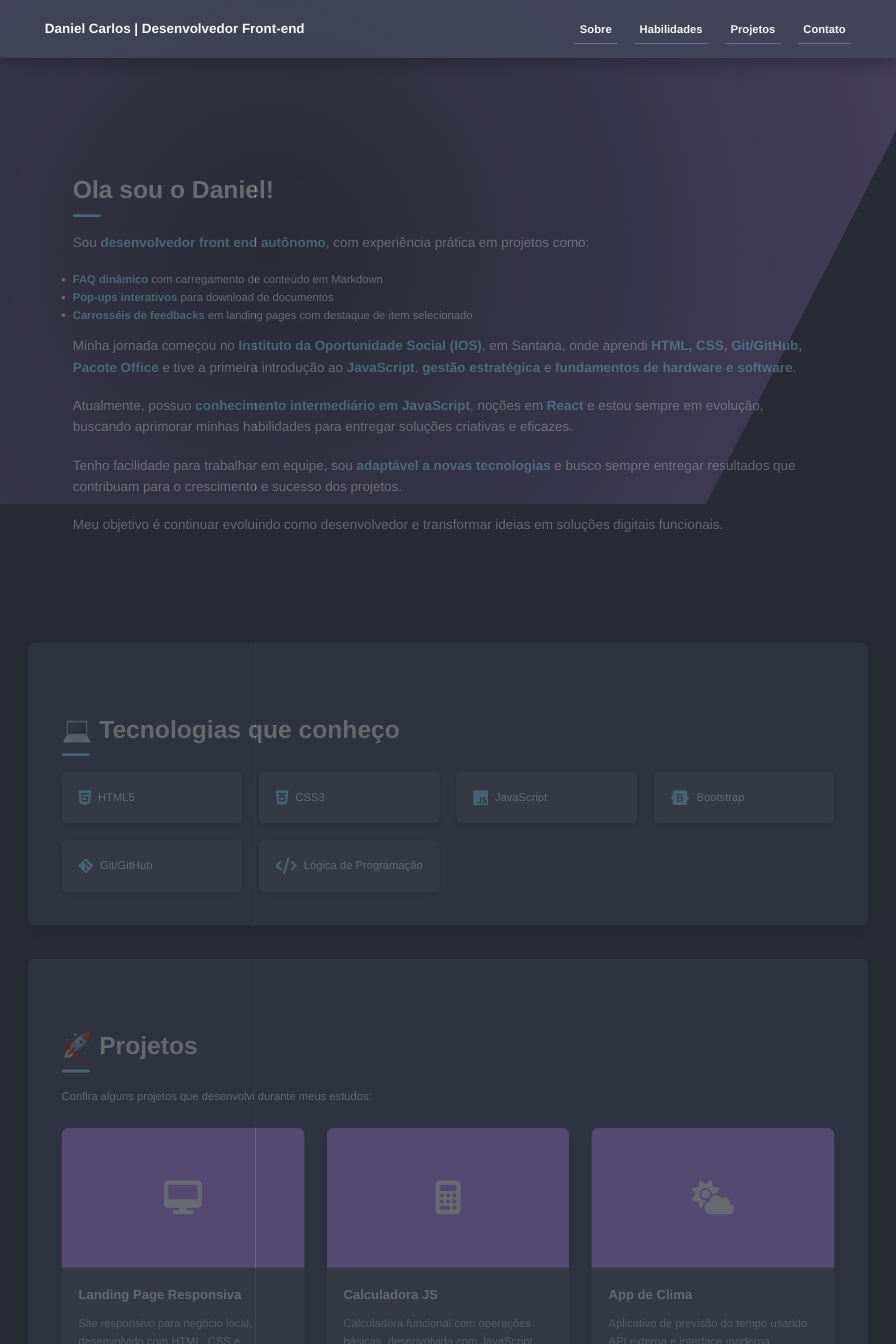
Repository: dan2135/Meu-portif-lio
Page: index.html
These files come from the project's save history. The page is drawn as it stood at one moment and after a run of saves; the edit follows.
The browser window is 1280 px wide. The pictures show the part of the page from y = 0 to 1920 px (the page is 2666 px tall), at 70% of full size.
After loading, the first visible `#sjb` was clicked once.

Above is the page before, as saved 2025-09-09 21:53:58.
Console error: ReferenceError: entry is not defined

### index.html
<!DOCTYPE html>
<html lang="pt-br">

<head>
    <meta charset="UTF-8">
    <meta name="viewport" content="width=device-width, initial-scale=1.0">
    <title>Daniel Carlos | Desenvolvedor Front-end</title>
    <link rel="stylesheet" href="https://cdnjs.cloudflare.com/ajax/libs/font-awesome/6.4.0/css/all.min.css">
    <link rel="stylesheet" href="style.css">
</head>

<body>
    <div class="bg-animation"></div>

    <div id="ola">
        <p>Olá! Bem-vindo ao meu portfólio!</p>
        <button id="sjb" onclick="mostrarConteudo()">Conheça meu trabalho</button>
    </div>

    <div id="conteudo">
        <header>
            <div class="nome">
                <p>Daniel Carlos | Desenvolvedor Front-end</p>
            </div>
            <nav>
                <a href="#sobre">Sobre</a>
                <a href="#skills">Habilidades</a>
                <a href="#projetos">Projetos</a>
                <a href="#contato">Contato</a>
            </nav>
        </header>

        <main>
            <section id="sobre">
             <h2>Ola sou o Daniel!</h2>
  <p>
    Sou <strong>desenvolvedor front end autônomo</strong>, com experiência prática em projetos como:
  </p>
  <ul>
    <li><strong>FAQ dinâmico</strong> com carregamento de conteúdo em Markdown</li>
    <li><strong>Pop-ups interativos</strong> para download de documentos</li>
    <li><strong>Carrosséis de feedbacks</strong> em landing pages com destaque de item selecionado</li>
  </ul>

  <p>
    Minha jornada começou no <strong>Instituto da Oportunidade Social (IOS)</strong>, em Santana, onde aprendi
    <strong>HTML, CSS, Git/GitHub, Pacote Office</strong> e tive a primeira introdução ao <strong>JavaScript</strong>.
     <strong>gestão estratégica</strong> e
    <strong>fundamentos de hardware e software</strong>.
  </p>

  <p>
    Atualmente, possuo <strong>conhecimento intermediário em JavaScript</strong>, noções em <strong>React</strong> e estou
    sempre em evolução, buscando aprimorar minhas habilidades para entregar soluções criativas e eficazes.
  </p>

  <p>
    Tenho facilidade para trabalhar em equipe, sou <strong>adaptável a novas tecnologias</strong> e busco sempre entregar
    resultados que contribuam para o crescimento e sucesso dos projetos.
  </p>

  <p> Meu objetivo é continuar evoluindo como desenvolvedor e transformar ideias em soluções digitais funcionais.</p>
            </section>

            <section id="skills">
                <h2>💻 Tecnologias que conheço</h2>
                <ul>
                    <li><i class="fab fa-html5"></i> HTML5</li>
                    <li><i class="fab fa-css3-alt"></i> CSS3</li>
                    <li><i class="fab fa-js"></i> JavaScript</li>
                    <li><i class="fab fa-bootstrap"></i> Bootstrap</li>
                    <li><i class="fab fa-git-alt"></i> Git/GitHub</li>
                    <li><i class="fas fa-code"></i> Lógica de Programação</li>
                </ul>
            </section>

            <section id="projetos">
                <h2>🚀 Projetos</h2>
                <p>Confira alguns projetos que desenvolvi durante meus estudos:</p>
                <div class="projetos-grid">
                    <div class="projeto-card">
                        <div class="projeto-img">
                            <i class="fas fa-desktop"></i>
                        </div>
                        <div class="projeto-info">
                            <h3>Landing Page Responsiva</h3>
                            <p>Site responsivo para negócio local, desenvolvido com HTML, CSS e JavaScript.</p>
                            <a href="#" class="projeto-link">Ver Projeto</a>
                        </div>
                    </div>

                    <div class="projeto-card">
                        <div class="projeto-img">
                            <i class="fas fa-calculator"></i>
                        </div>
                        <div class="projeto-info">
                            <h3>Calculadora JS</h3>
                            <p>Calculadora funcional com operações básicas, desenvolvida com JavaScript.</p>
                            <a href="#" class="projeto-link">Ver Projeto</a>
                        </div>
                    </div>

                    <div class="projeto-card">
                        <div class="projeto-img">
                            <i class="fas fa-cloud-sun"></i>
                        </div>
                        <div class="projeto-info">
                            <h3>App de Clima</h3>
                            <p>Aplicativo de previsão do tempo usando API externa e interface moderna.</p>
                            <a href="#" class="projeto-link">Ver Projeto</a>
                        </div>
                    </div>
                </div>
            </section>

            <section id="contato">
                <h2>📫 Contato</h2>
                <p>Entre em contato comigo por:</p>
                <ul class="contato-links">
                    <li>
                        <i class="fas fa-envelope"></i>
                        <span>Email: daniel@exemplo.com</span>
                    </li>
                    <li>
                        <i class="fab fa-linkedin"></i>
                        <a href="https://www.linkedin.com/in/seulinkedin" target="_blank">LinkedIn</a>
                    </li>
                    <li>
                        <i class="fab fa-github"></i>
                        <a href="https://github.com/seuusuario" target="_blank">GitHub</a>
                    </li>
                    <li>
                        <i class="fab fa-whatsapp"></i>
                        <span>(11) 99999-9999</span>
                    </li>
                </ul>
            </section>
        </main>

        <footer>
            <p>&copy; 2023 Daniel Carlos. Todos os direitos reservados.</p>
        </footer>
    </div>

    <script src="script.js">
    </script>
</body>
</html>

### style.css
/* Seu CSS com algumas adaptações */
        * {
            margin: 0;
            padding: 0;
            box-sizing: border-box;
        }

        :root {
            --bg: #282A36;
            --text: #F8F8F2;
            --fundo: #BD93F9;
            --card-bg: #44475A;
            --button-bg: #50FA7B;
            --button-hover: #8BE9FD;
            --highlight: #FF79C6;
            --sombra: 0 4px 20px rgba(0, 0, 0, 0.3);
            --transit: 0.6s ease;
        }

        body {
            background-color: var(--bg);
            font-family: 'Helvetica Neue', Arial, sans-serif;
            color: var(--text);
            line-height: 1.6;
        }

        .bg-animation {
            position: fixed;
            top: 0;
            left: 0;
            width: 100%;
            height: 100%;
            z-index: -1;
            background: var(--bg);
            overflow: hidden;
        }

        .bg-animation::before {
            content: '';
            position: absolute;
            top: -50%;
            left: -70%;
            width: 200%;
            height: 200%;
            background: radial-gradient(
                circle at center,
                transparent 0%,
                var(--fundo) 70%,
                transparent 100%
            );
            opacity: 0.2;
            animation: rotate 20s linear infinite;
        }

        @keyframes rotate {
            0% { transform: rotate(0deg); }
            100% { transform: rotate(360deg); }
        }

        /* Tela de boas-vindas */
        #ola {
            position: fixed;
            top: 0;
            left: 0;
            width: 100%;
            height: 100vh;
            display: flex;
            flex-direction: column;
            justify-content: center;
            align-items: center;
            background: rgba(40, 42, 54, 0.95);
            z-index: 1000;
            transition: opacity 0.8s ease, visibility 0.8s;
        }

        #ola.hidden {
            opacity: 0;
            visibility: hidden;
        }

        #ola p {
            color: var(--text);
            font-size: 2.5rem;
            font-weight: bold;
            margin-bottom: 2rem;
            text-align: center;
            animation: fadeIn 1.5s ease;
        }

        #sjb {
            color: var(--text);
            font-size: 1.1rem;
            font-weight: bold;
            border: none;
            border-radius: 30px;
            padding: 15px 30px;
            margin-top: 20px;
            cursor: pointer;
            transition: all 0.7s ease;
            background-color: var(--button-bg);
            display: inline-block;
        }

        #sjb:hover {
            background-color: var(--button-hover);
            transform: translateY(-4px);
        }

        /* Conteúdo principal */
        #conteudo {
            opacity: 0;
            transform: translateY(20px);
            transition: opacity 0.8s ease, transform 0.8s ease;
            display: block;
        }

        #conteudo.visible {
            opacity: 1;
            transform: translateY(0);
        }

        /* Header */
        header {
            background-color: rgba(68, 71, 90, 0.8);
            width: 100%;
            padding: 1.3rem 5%;
            display: flex;
            justify-content: space-between;
            align-items: center;
            box-shadow: var(--sombra);
            position: sticky;
            top: 0;
            z-index: 100;
        }

        .nome {
            color: var(--text);
            font-size: 1.2rem;
            font-weight: bold;
        }

        nav {
            display: flex;
            align-items: center;
            gap: 1.5rem;
        }

        nav a {
            color: var(--text);
            text-decoration: none;
            font-weight: bold;
            padding: 0.5rem;
            transition: color 0.3s;
            position: relative;
            overflow: hidden;
        }

        nav a:hover {
            color: var(--button-hover);
        }

        nav a::after {
            content: '';
            position: absolute;
            left: 0;
            bottom: 0;
            width: 100%;
            height: 2px;
            background-color: var(--button-hover);
            transform: translateY(100%);
            transition: transform 0.3s ease;
        }

        nav a:hover::after {
            transform: translateY(0);
        }

        /* Seções */
        section {
            padding: 5rem 5%;
            max-width: 1200px;
            margin: 0 auto;
            transition: opacity 0.8s easee ;
            opacity: 0.3;
        }
          section.active {
    opacity: 1;
  }

        h1, h2 {
            color: var(--text);
            margin-bottom: 2rem;
            position: relative;
        }

        h1 {
            color: var(--highlight);
            font-size: 3.5rem;
            font-weight: 200;
            text-transform: uppercase;
            letter-spacing: -0.05em;
            padding-top: 1rem;
        }

        h1:after, h2:after {
            content: '';
            position: absolute;
            left: 0;
            bottom: -10px;
            width: 60px;
            height: 4px;
            background-color: var(--button-hover);
            border-radius: 2px;
        }

        h2:after {
            width: 40px;
        }

        h2 {
            font-size: 2.2rem;
            margin-top: 3rem;
        }

        #sobre {
            display: block;
            width: 100%;
            margin-top: 2rem;
        }

        #sobre h1 {
            display: block;
            font-size: 3.5rem;
            margin-bottom: 2rem;
        }

        #sobre p {
            text-align: left;
            color: var(--text);
            font-size: 1.2rem;
            line-height: 1.6;
            margin-bottom: 1.5rem;
            margin-left: 0;
            margin-top: 1rem;
        }

        strong {
            color: var(--button-hover);
        }

        /* Skills */
        #skills {
            background-color: var(--card-bg);
            border-radius: 10px;
            margin: 3rem auto;
            padding: 3rem;
            box-shadow: var(--sombra);
        }

        #skills ul {
            display: grid;
            grid-template-columns: repeat(auto-fill, minmax(250px, 1fr));
            gap: 1.5rem;
            list-style: none;
        }

        #skills li {
            background: rgba(255, 255, 255, 0.1);
            padding: 1.5rem;
            border-radius: 8px;
            box-shadow: 0 3px 10px rgba(0, 0, 0, 0.2);
            transition: var(--transit);
            display: flex;
            align-items: center;
            gap: 10px;
        }

        #skills li:hover {
            transform: translateY(-5px);
            box-shadow: 0 8px 15px rgba(0, 0, 0, 0.3);
        }

        #skills li i {
            color: var(--button-hover);
            font-size: 1.5rem;
        }

        /* Projetos */
        #projetos {
            background-color: var(--card-bg);
            border-radius: 10px;
            margin: 3rem auto;
            padding: 3rem;
            box-shadow: var(--sombra);
        }

        .projetos-grid {
            display: grid;
            grid-template-columns: repeat(auto-fill, minmax(300px, 1fr));
            gap: 2rem;
            margin-top: 2rem;
        }

        .projeto-card {
            background: rgba(255, 255, 255, 0.1);
            border-radius: 10px;
            overflow: hidden;
            transition: var(--transit);
            box-shadow: 0 5px 15px rgba(0, 0, 0, 0.2);
        }

        .projeto-card:hover {
            transform: translateY(-10px);
            box-shadow: 0 15px 25px rgba(0, 0, 0, 0.3);
        }

        .projeto-img {
            height: 200px;
            background-color: var(--fundo);
            display: flex;
            align-items: center;
            justify-content: center;
            color: white;
            font-size: 3rem;
        }

        .projeto-info {
            padding: 1.5rem;
        }

        .projeto-info h3 {
            margin-bottom: 0.8rem;
            color: var(--text);
        }

        .projeto-info p {
            margin-bottom: 1.2rem;
            color: #ccc;
        }

        .projeto-link {
            display: inline-block;
            padding: 0.6rem 1.2rem;
            background-color: var(--button-bg);
            color: var(--bg);
            text-decoration: none;
            border-radius: 5px;
            transition: var(--transit);
            font-weight: 500;
        }

        .projeto-link:hover {
            background-color: var(--button-hover);
        }

        /* Contato */
        #contato {
            background-color: var(--card-bg);
            border-radius: 10px;
            margin: 3rem auto;
            padding: 3rem;
            box-shadow: var(--sombra);
        }

        .contato-links {
            display: grid;
            grid-template-columns: repeat(auto-fill, minmax(250px, 1fr));
            gap: 1.5rem;
            list-style: none;
            margin-top: 2rem;
        }

        .contato-links li {
            background: rgba(255, 255, 255, 0.1);
            padding: 1.5rem;
            border-radius: 8px;
            box-shadow: 0 3px 10px rgba(0, 0, 0, 0.2);
            transition: var(--transit);
            display: flex;
            align-items: center;
            gap: 15px;
        }

        .contato-links li:hover {
            transform: translateY(-5px);
            box-shadow: 0 8px 15px rgba(0, 0, 0, 0.3);
        }

        .contato-links i {
            color: var(--button-hover);
            font-size: 1.8rem;
        }

        .contato-links a {
            color: var(--text);
            text-decoration: none;
            transition: var(--transit);
        }

        .contato-links a:hover {
            color: var(--button-hover);
        }

        /* Footer */
        footer {
            text-align: center;
            padding: 2rem;
            background-color: var(--card-bg);
            color: var(--text);
            margin-top: 3rem;
        }

        /* Animações */
        @keyframes fadeIn {
            from {
                opacity: 0;
                transform: translateY(20px);
            }
            to {
                opacity: 1;
                transform: translateY(0);
            }
        }

        /* Responsividade */
        @media (max-width: 768px) {
            header {
                flex-direction: column;
                gap: 1rem;
                text-align: center;
                padding: 1rem;
            }

            nav {
                gap: 1rem;
                flex-wrap: wrap;
                justify-content: center;
            }

            #ola p {
                font-size: 1.8rem;
                padding: 0 1rem;
            }

            section {
                padding: 3rem 1rem;
            }

            #sobre h1 {
                font-size: 2.5rem;
            }

            #sobre p {
                font-size: 1.1rem;
            }

            .projetos-grid {
                grid-template-columns: 1fr;
            }
        }

### script.js

function mostrarConteudo() {
    document.getElementById('ola').classList.add('hidden');
    document.getElementById('conteudo').classList.add('visible');

    // Rolagem suave para links internos
    document.querySelectorAll('nav a').forEach(anchor => {
        anchor.addEventListener('click', function (e) {
            e.preventDefault();
            const targetId = this.getAttribute('href');
            const targetElement = document.querySelector(targetId);

            window.scrollTo({
                top: targetElement.offsetTop - 100,
                behavior: 'smooth'
            });
        });
    });
}
const sections = document.querySelectorAll('section');
const observer = new IntersectionObserver((entries) => {
    if (entry.isIntersecting) {
        entry.target.classList.add('active');
    } else {
        entry.target.classList.remove('active');
    }
}, { threshold: 0.6 });

sections.forEach(sec => {
    observer.observe(sec);
});

document.addEventListener("DOMContentLoaded", function () {
});

After the next 3 saves:
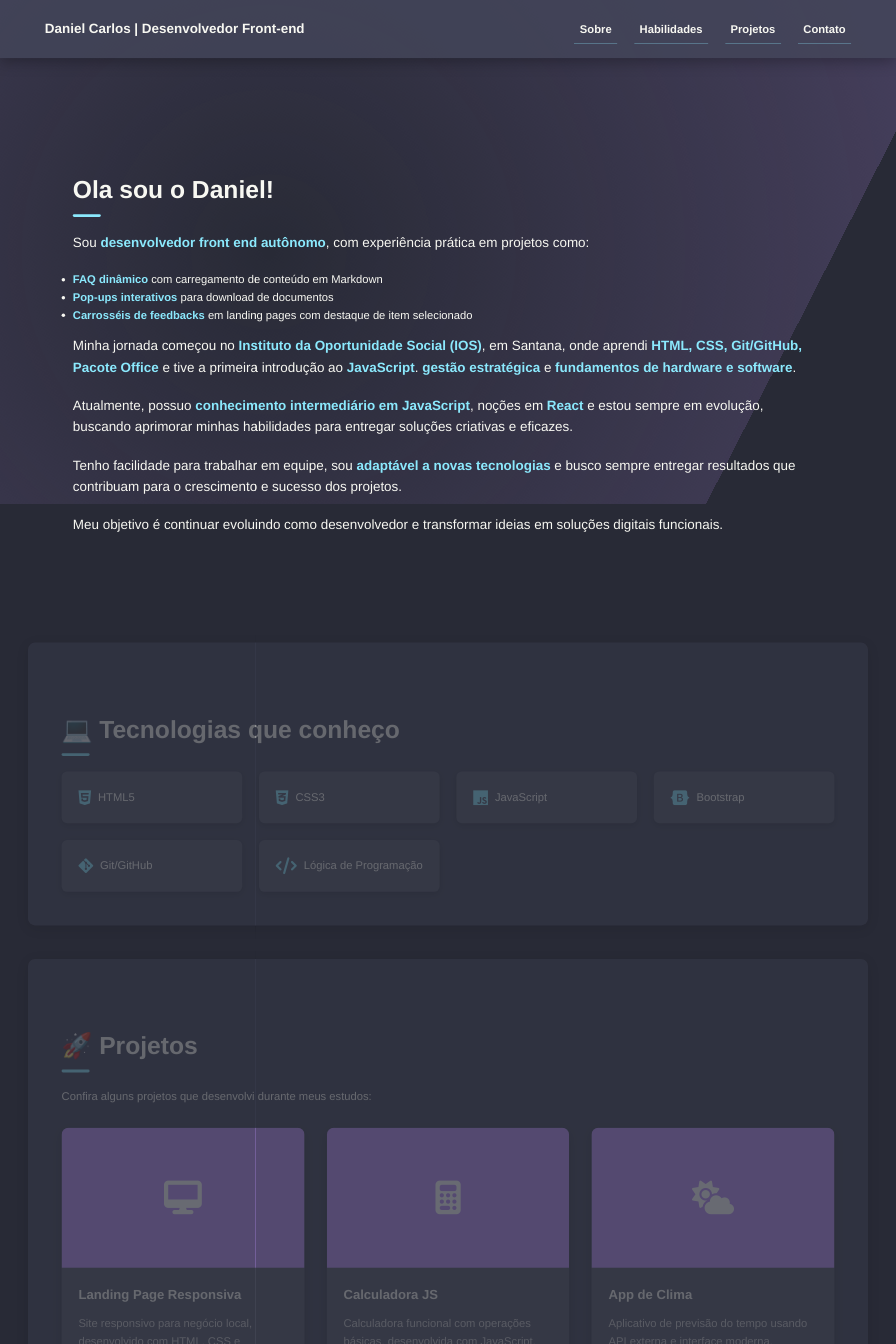
The error is gone.
The 3 saves are shown as one change because they came seconds apart.
The last was saved 51 s later.
--- a/script.js
+++ b/script.js
@@ -1,34 +1,56 @@
 
-function mostrarConteudo() {
-    document.getElementById('ola').classList.add('hidden');
-    document.getElementById('conteudo').classList.add('visible');
+    function mostrarConteudo() {
+        document.getElementById('ola').classList.add('hidden');
+        document.getElementById('conteudo').classList.add('visible');
 
-    // Rolagem suave para links internos
-    document.querySelectorAll('nav a').forEach(anchor => {
-        anchor.addEventListener('click', function (e) {
-            e.preventDefault();
-            const targetId = this.getAttribute('href');
-            const targetElement = document.querySelector(targetId);
+        // Rolagem suave para links internos
+        document.querySelectorAll('nav a').forEach(anchor => {
+            anchor.addEventListener('click', function(e) {
+                e.preventDefault();
+                const targetId = this.getAttribute('href');
+                const targetElement = document.querySelector(targetId);
 
-            window.scrollTo({
-                top: targetElement.offsetTop - 100,
-                behavior: 'smooth'
+                window.scrollTo({
+                    top: targetElement.offsetTop - 100,
+                    behavior: 'smooth'
+                });
             });
         });
+
+        // Iniciar o observador de interseção após mostrar o conteúdo
+        iniciarObservador();
+    }
+
+    function iniciarObservador() {
+        const sections = document.querySelectorAll('section');
+
+        const observer = new IntersectionObserver((entries) => {
+            entries.forEach(entry => {
+                if (entry.isIntersecting) {
+                    // Remover a classe ativa de todas as seções
+                    sections.forEach(section => {
+                        section.classList.remove('active');
+                    });
+                    // Adicionar a classe ativa à seção visível
+                    entry.target.classList.add('active');
+
+                    // Atualizar a navegação ativa
+                    const id = entry.target.getAttribute('id');
+                    document.querySelectorAll('nav a').forEach(link => {
+                        link.classList.remove('active');
+                        if (link.getAttribute('href') === `#${id}`) {
+                            link.classList.add('active');
+                        }
+                    });
+                }
+            });
+        }, { threshold: 0.6 });
+
+        sections.forEach(sec => {
+            observer.observe(sec);
+        });
+    }
+
+    document.addEventListener("DOMContentLoaded", function() {
+        // Código de inicialização adicional pode vir aqui
     });
-}
-const sections = document.querySelectorAll('section');
-const observer = new IntersectionObserver((entries) => {
-    if (entry.isIntersecting) {
-        entry.target.classList.add('active');
-    } else {
-        entry.target.classList.remove('active');
-    }
-}, { threshold: 0.6 });
-
-sections.forEach(sec => {
-    observer.observe(sec);
-});
-
-document.addEventListener("DOMContentLoaded", function () {
-});
